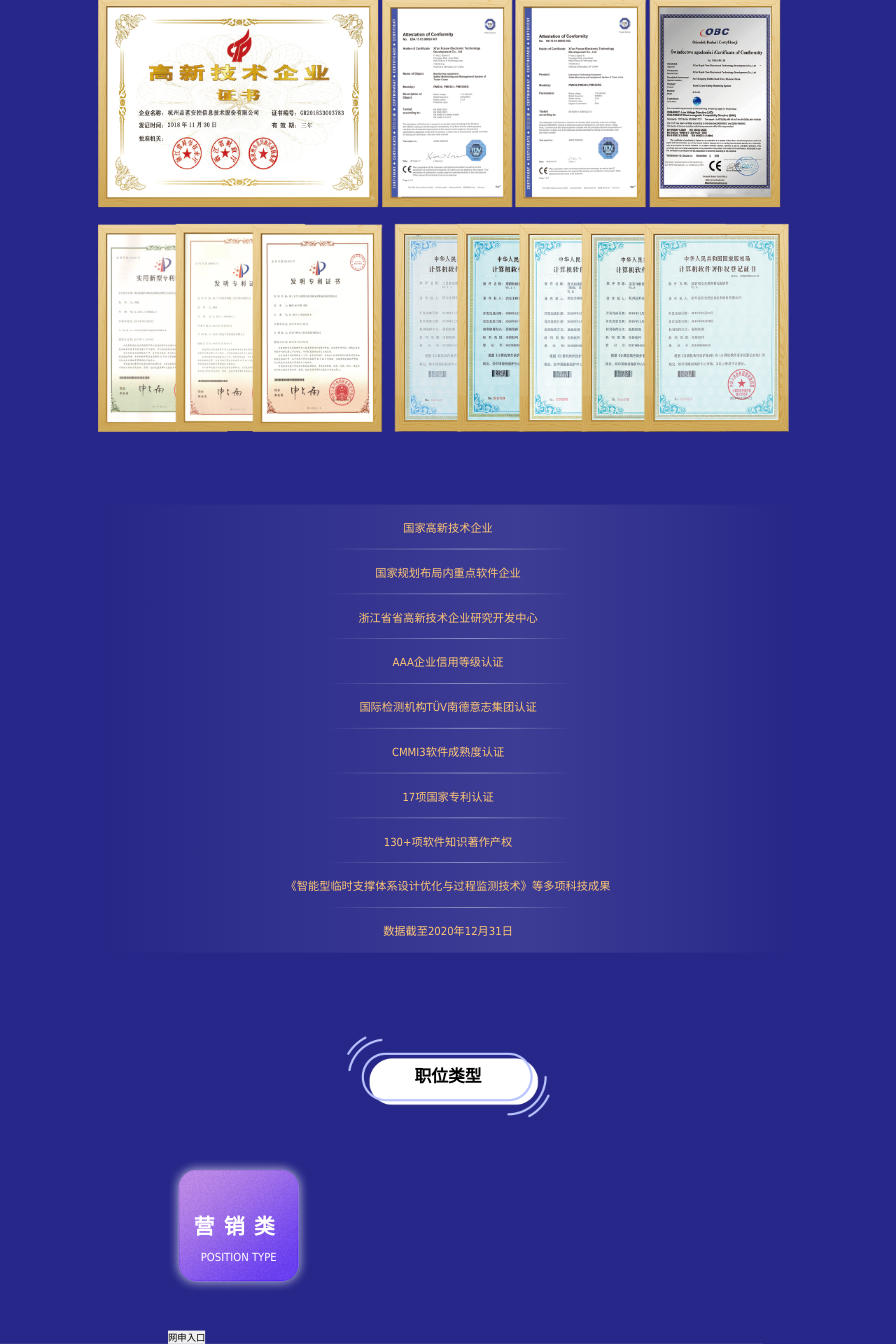
Repository: wxamlzm/campus-pm
Page: views/index.html
The author's editor kept a copy of each file at every save. The page is drawn from the files as they stood at one save, then again after the next save.
The browser window is 1280 px wide. The pictures show the part of the page from y = 2047 to 3967 px (the page is 3967 px tall before and 3912 px after), at 70% of full size.

Above is the page before, as saved 2021-07-29 23:18:36.

After the next save:
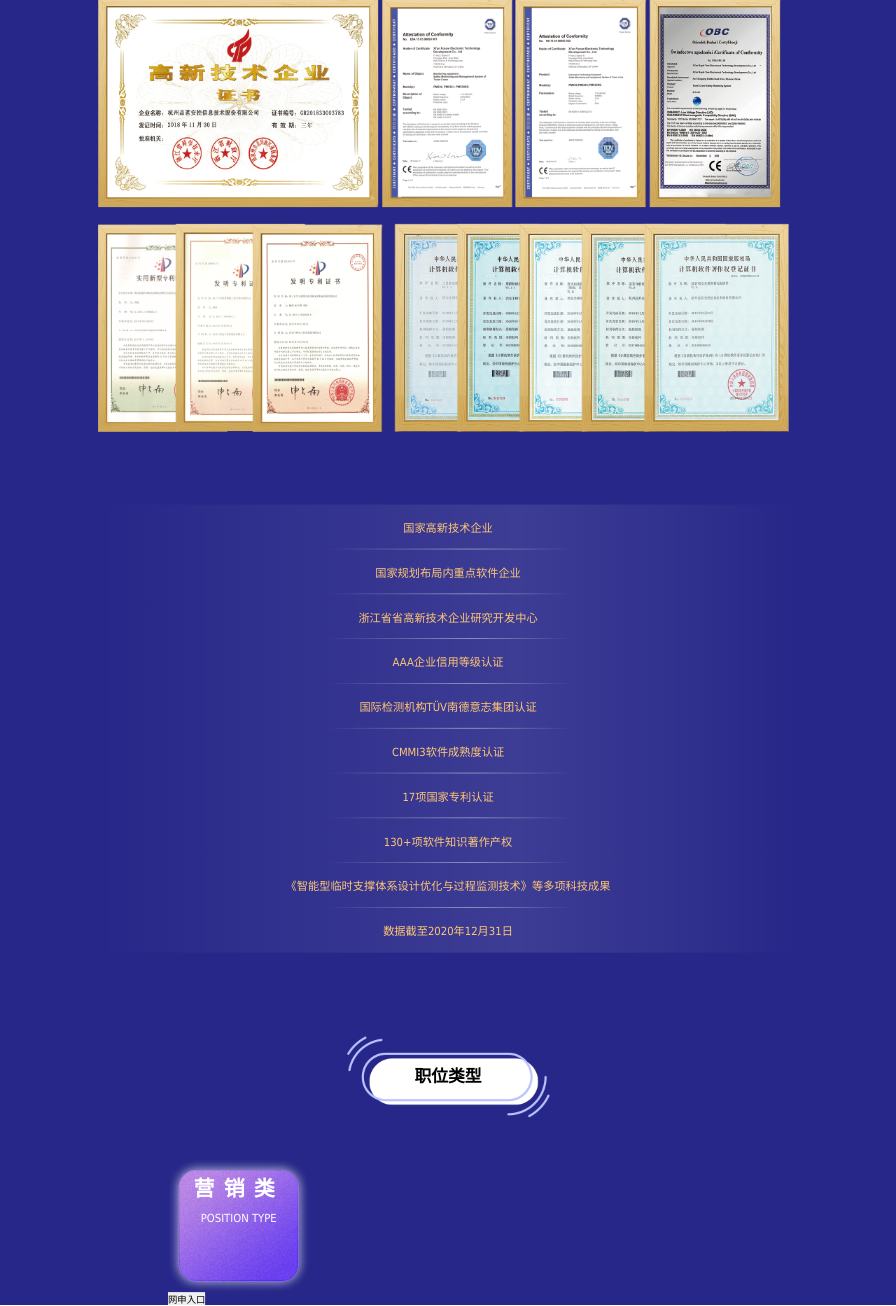
Saved 7 s later.
--- a/views/css/index.css
+++ b/views/css/index.css
@@ -117,7 +117,6 @@
     color: #FFF;
     width: 202px;
     height: 190px;
-    padding-top: 55px;
     border-radius: 10px;
     background-image: url(../img/bg_styleItem.png);
     background-repeat: no-repeat;
